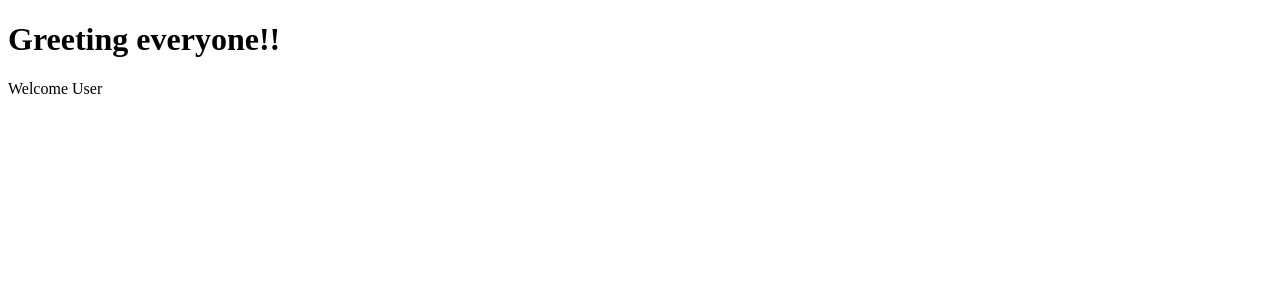
Repository: shalini06mittal/SynechronSpringBootMS
Page: http://localhost/SpringWebMVCDemo/welcome.jsp
An editor plug-in stored every save of this project. The page is shown before and after the next save, followed by the edit.
The browser window is 1280 px wide. The pictures show the whole page.
The page is served by Tomcat 9. Other server files are loaded and not shown.

Above is the page before, as saved 2023-12-04 08:45:06.

### SpringWebMVCDemo/src/main/webapp/welcome.jsp
<%@ page language="java" contentType="text/html; charset=UTF-8"
    pageEncoding="UTF-8"%>
<!DOCTYPE html>
<html>
<head>
<meta charset="UTF-8">
<title>Insert title here</title>
</head>
<body>
<h1>Greeting everyone!!</h1>
<p>Welcome User</p>

</body>
</html>

After the next save:
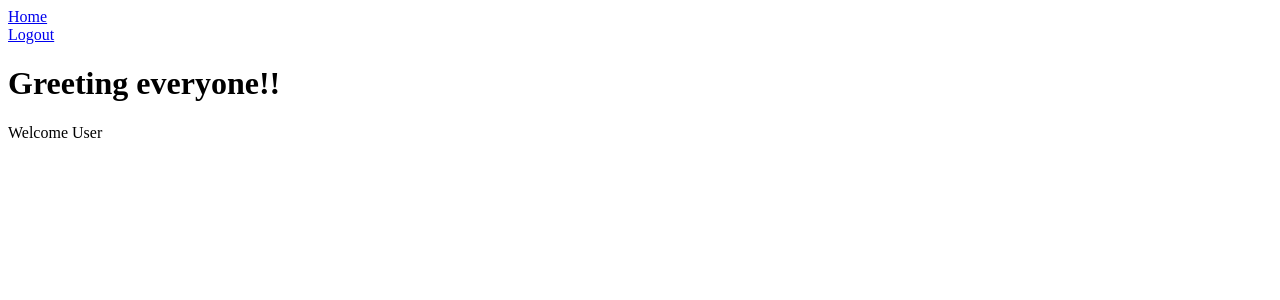
Saved 22 s later.
--- a/SpringWebMVCDemo/src/main/webapp/welcome.jsp
+++ b/SpringWebMVCDemo/src/main/webapp/welcome.jsp
@@ -7,6 +7,13 @@
 <title>Insert title here</title>
 </head>
 <body>
+<div>
+	<a href="index.jsp">Home</a>
+</div>
+<div>
+	<a href="logout">Logout</a>
+</div>
+
 <h1>Greeting everyone!!</h1>
 <p>Welcome User</p>
 
